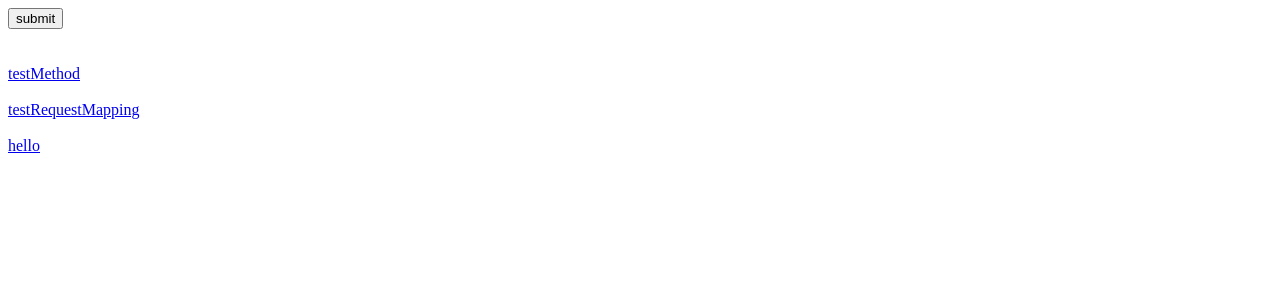
Repository: Gxxxx1989/SpringMVC
Page: http://localhost/springmvc-1/
The author's editor kept a copy of each file at every save. The page is drawn from the files as they stood at one save, then again after the next save.
The browser window is 1280 px wide. The pictures show the whole page.
The page is served by Tomcat 9. Other server files are loaded and not shown.

Above is the page before, as saved 2019-03-25 09:15:53.

### springmvc-1/WebContent/index.jsp
<%@ page language="java" contentType="text/html; charset=ISO-8859-1"
    pageEncoding="utf-8"%>
<!DOCTYPE html PUBLIC "-//W3C//DTD HTML 4.01 Transitional//EN" "http://www.w3.org/TR/html4/loose.dtd">
<html>
<head>
<meta http-equiv="Content-Type" content="text/html; charset=ISO-8859-1">
<title>Insert title here</title>
</head>
<body>

	<form action="springmvc/testMethod" method="post">
		<input type="submit" value="submit">
	</form>
	<br><br>
	<a href="springmvc/testMethod">testMethod </a><!-- get请求无法应答 -->
	<br><br>
	<a href="springmvc/testRequestMapping">testRequestMapping </a>
	<br><br>
	<!-- 和controller中请求一致 -->
	<a href="hello">hello</a>
</body>
</html>

After the next save:
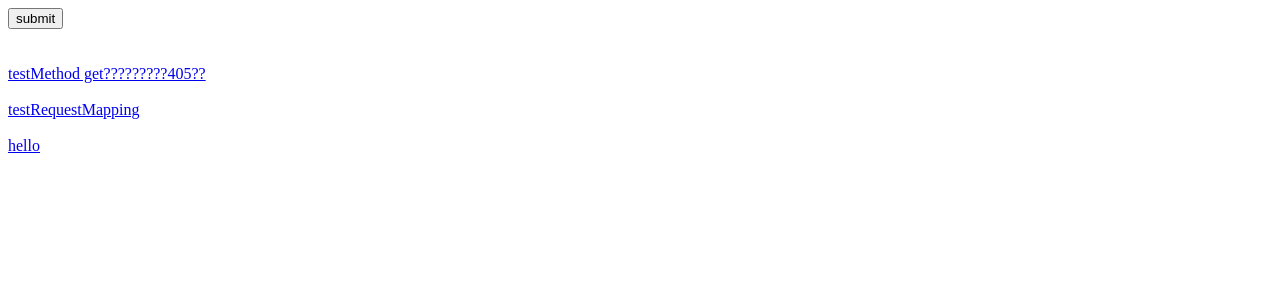
Saved 67 s later.
--- a/springmvc-1/WebContent/index.jsp
+++ b/springmvc-1/WebContent/index.jsp
@@ -12,7 +12,7 @@
 		<input type="submit" value="submit">
 	</form>
 	<br><br>
-	<a href="springmvc/testMethod">testMethod </a><!-- get请求无法应答 -->
+	<a href="springmvc/testMethod">testMethod get请求无法应答，会报405错误</a><!-- get请求无法应答 -->
 	<br><br>
 	<a href="springmvc/testRequestMapping">testRequestMapping </a>
 	<br><br>
